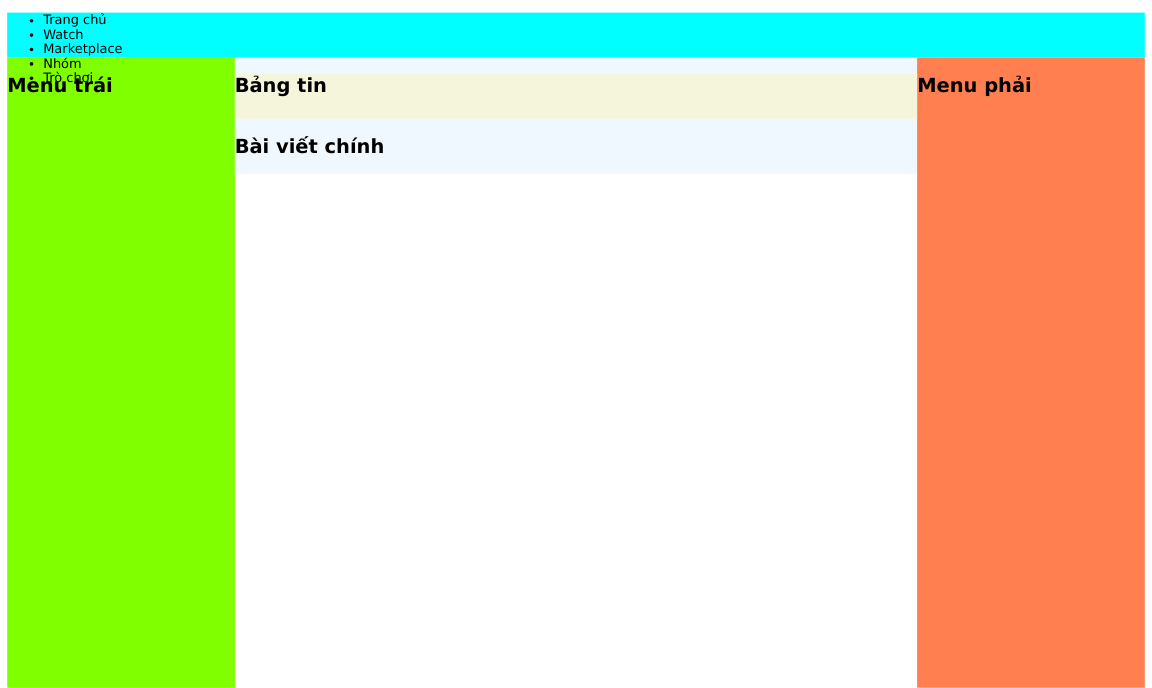
Repository: congle98/CSS_LayoutFacebookCoBan
Page: index.html
The author's editor kept a copy of each file at every save. The page is drawn from the files as they stood at one save, then again after a run of saves.
The browser window is 1280 px wide. The pictures show the whole page, at 90% of full size.

Above is the page before, as saved 2021-05-26 15:34:49.

### index.html
<!DOCTYPE html>
<html lang="en">
<head>
    <meta charset="UTF-8">
    <meta http-equiv="X-UA-Compatible" content="IE=edge">
    <meta name="viewport" content="width=device-width, initial-scale=1.0">
    <title>Document</title>
    <style>
        body {
            font-family: Verdana,sans-serif;
            font-size: 0.9em;
        }
        header{
            background-color: cyan;
            width: 100%;
            height: 50px;

        }
        #sidebar-left{
            width: 20%;
            float: left;
            background-color: chartreuse;
            height: 700px;
        }
        section{
            width: 60%;
            float: left;
            background-color:aliceblue;
        }
        #sidebar-right{
            width: 20%;
            float: right;
            background-color:coral;
            height: 700px;
        }
        #article-1{
            position:relative;
            height: 50px;
            background-color:beige;
        }
        #article-2{
            position:relative;
        }

    </style>
</head>
<body>
    <header>
        <nav>
            <ul>
                <li>Trang chủ</li>
                <li>Watch</li>
                <li>Marketplace</li>
                <li>Nhóm</li>
                <li>Trò chơi</li>
            </ul>
        </nav>
    </header>
    <div id="sidebar-left">
        <h2>Menu trái</h2>
    </div>
    <section>
        <article id="article-1">
            <h2>Bảng tin</h2>
        </article>
        <article id="article-2">
            <h2>Bài viết chính</h2>
        </article>
    </section>
    <div id="sidebar-right">
        <h2>Menu phải</h2>
    </div>
</body>
</html>

After the next 4 saves:
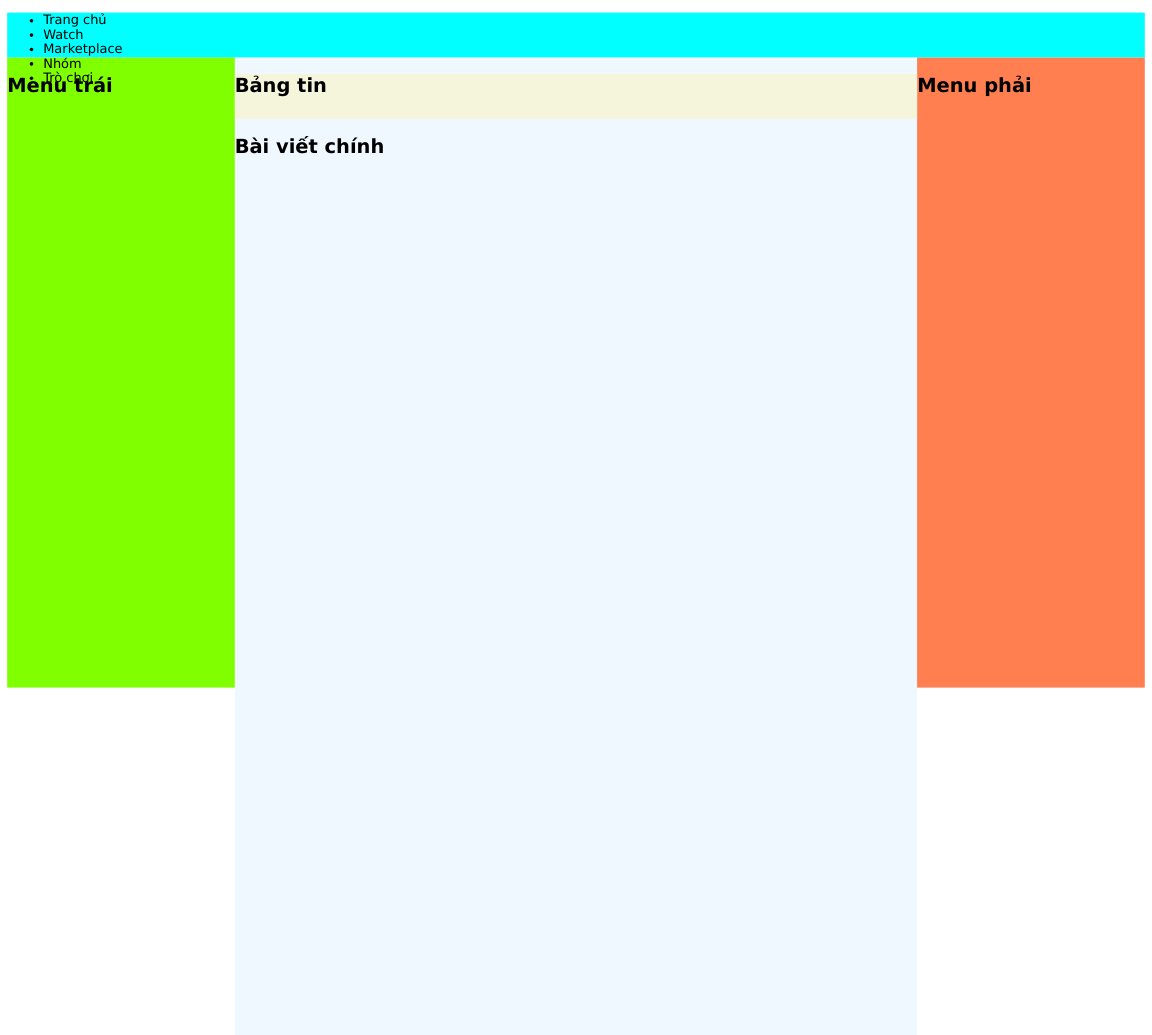
The 4 saves are shown as one change because they came seconds apart.
The last was saved 19 s later.
--- a/index.html
+++ b/index.html
@@ -40,6 +40,7 @@
         }
         #article-2{
             position:relative;
+            height: 1000px;
         }
 
     </style>
